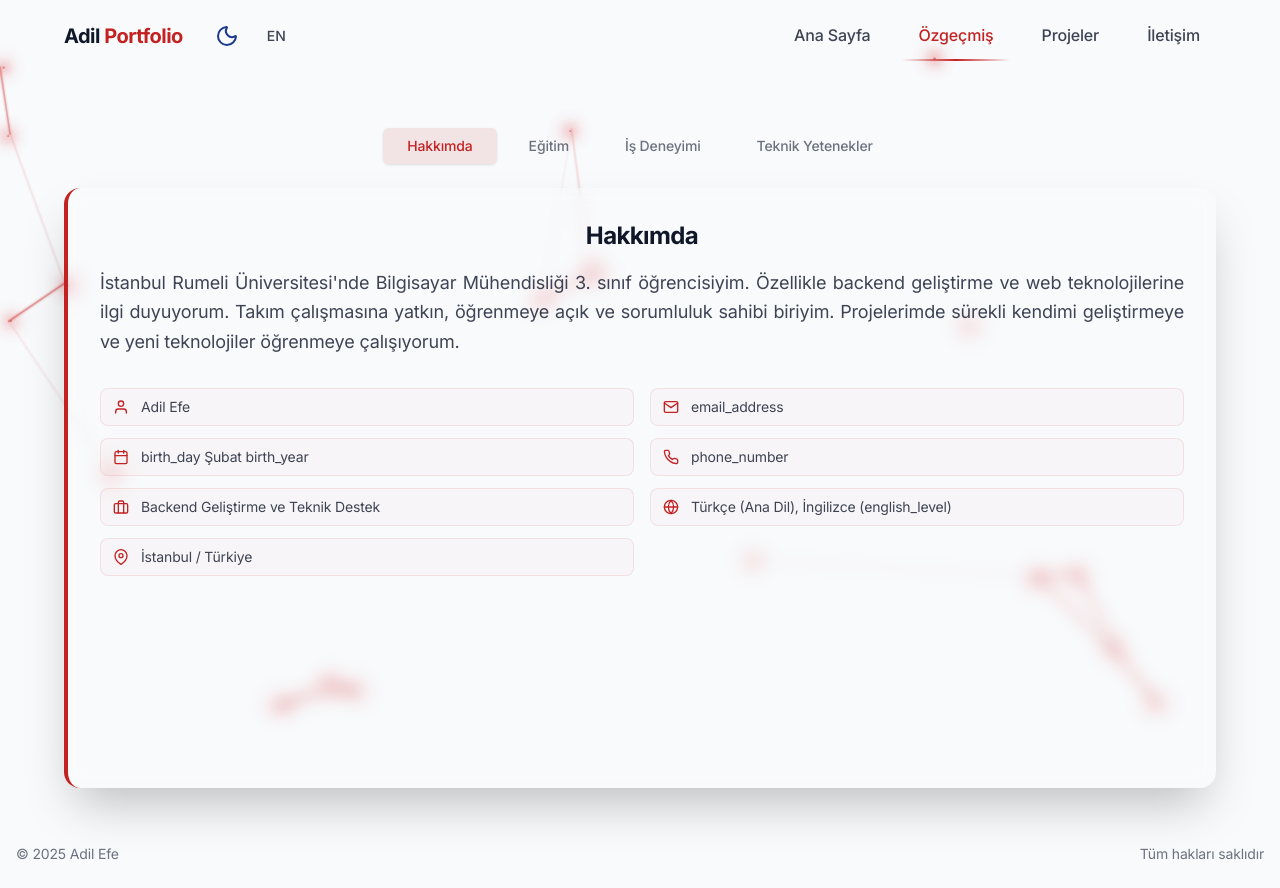
Repository: jusiann/personal-portfolio
Page: /tr/resume (app in my-portfolio/)
An editor plug-in stored every save of this project. The page is shown before and after the next save, followed by the edit.
The browser window is 1280 px wide. The pictures show the whole page.
The project was rebuilt for these pictures with package versions that can differ from the ones it lists, and the page was loaded fresh each time. Also part of the build but not shown: my-portfolio/vite.config.js, my-portfolio/src/components/HomeImage.jsx, my-portfolio/src/components/SocialLinks.jsx, my-portfolio/src/components/HomeCard.jsx, my-portfolio/src/pages/Home.jsx, my-portfolio/src/components/ProjectCard.jsx, my-portfolio/src/pages/Projects.jsx, my-portfolio/src/components/ContactCard.jsx and 2 more.

Above is the page before, as saved 2025-11-23 19:46:11.

After the next save:
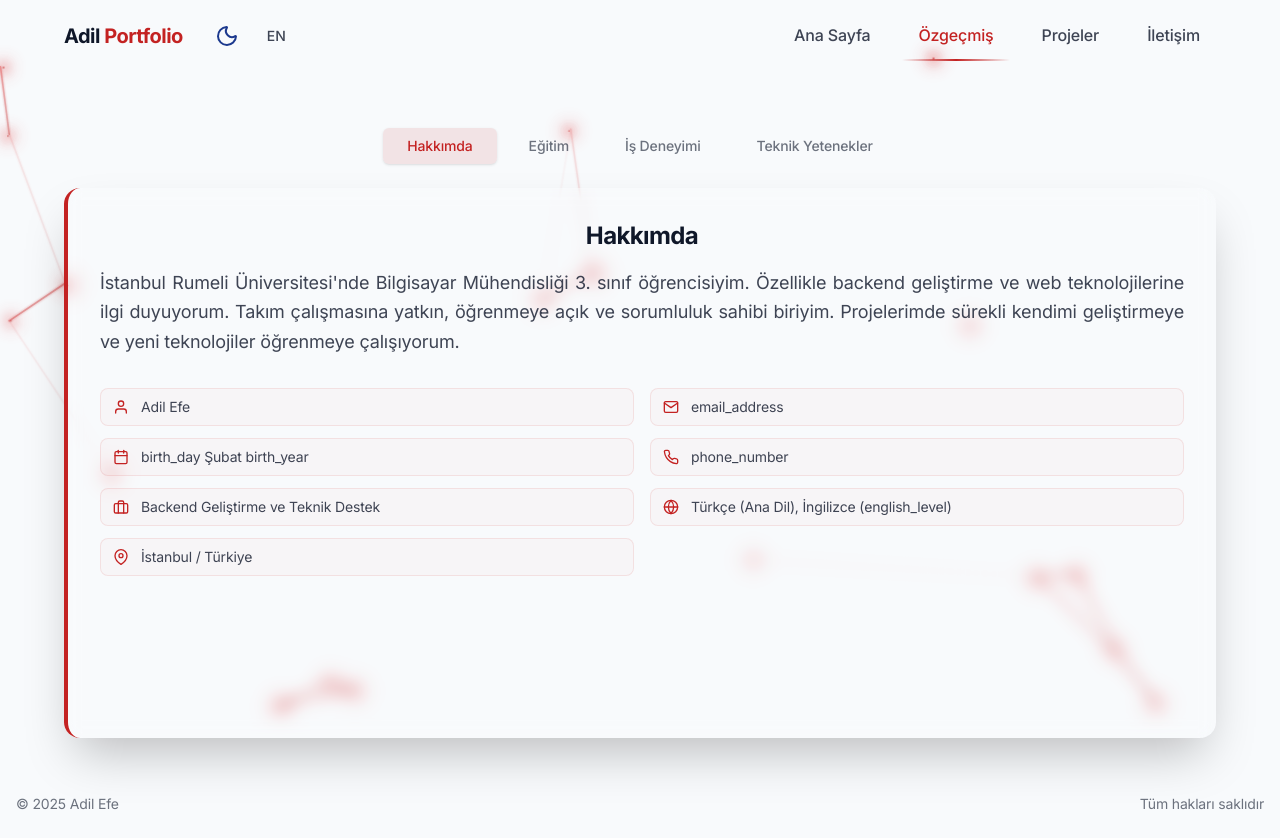
Saved 15 s later.
--- a/my-portfolio/src/components/ResumeCard.jsx
+++ b/my-portfolio/src/components/ResumeCard.jsx
@@ -270,7 +270,7 @@ export const ResumeCard = () => {
                     "
                 >
                     {/* Content */}
-                    <div className="p-6 md:p-8 h-[600px] overflow-y-auto">
+                    <div className="p-6 md:p-8 h-[550px] overflow-y-auto">
                         {renderContent()}
                     </div>
                 </div>
